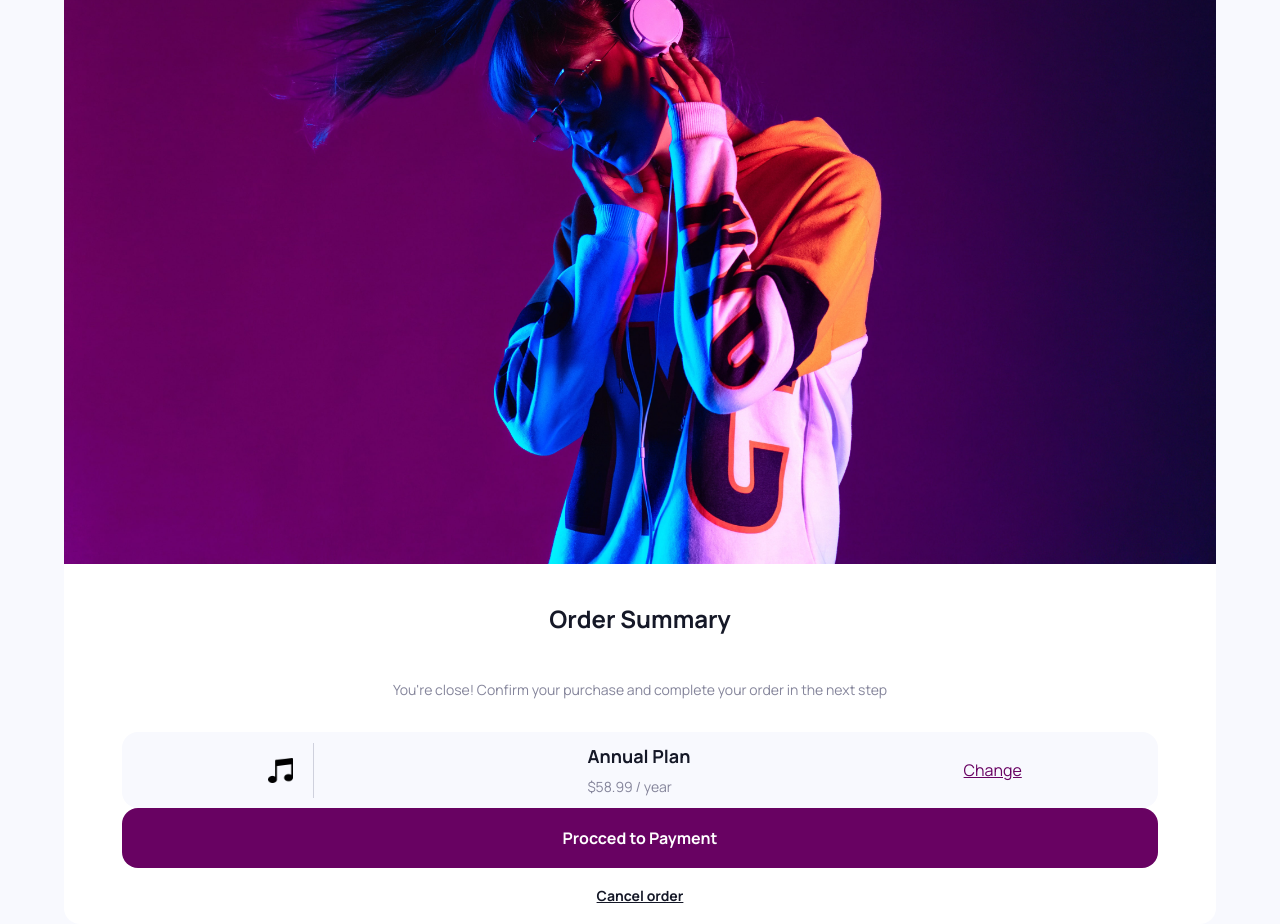
Repository: ssynowiec/INVO-Academy-solution
Page: /
The author's editor kept a copy of each file at every save. The page is drawn from the files as they stood at one save, then again after the next save.
The browser window is 1280 px wide. The pictures show the whole page.
The project was rebuilt for these pictures with package versions that can differ from the ones it lists, and the page was loaded fresh each time.

Above is the page before, as saved 2023-03-04 20:20:05.

After the next save:
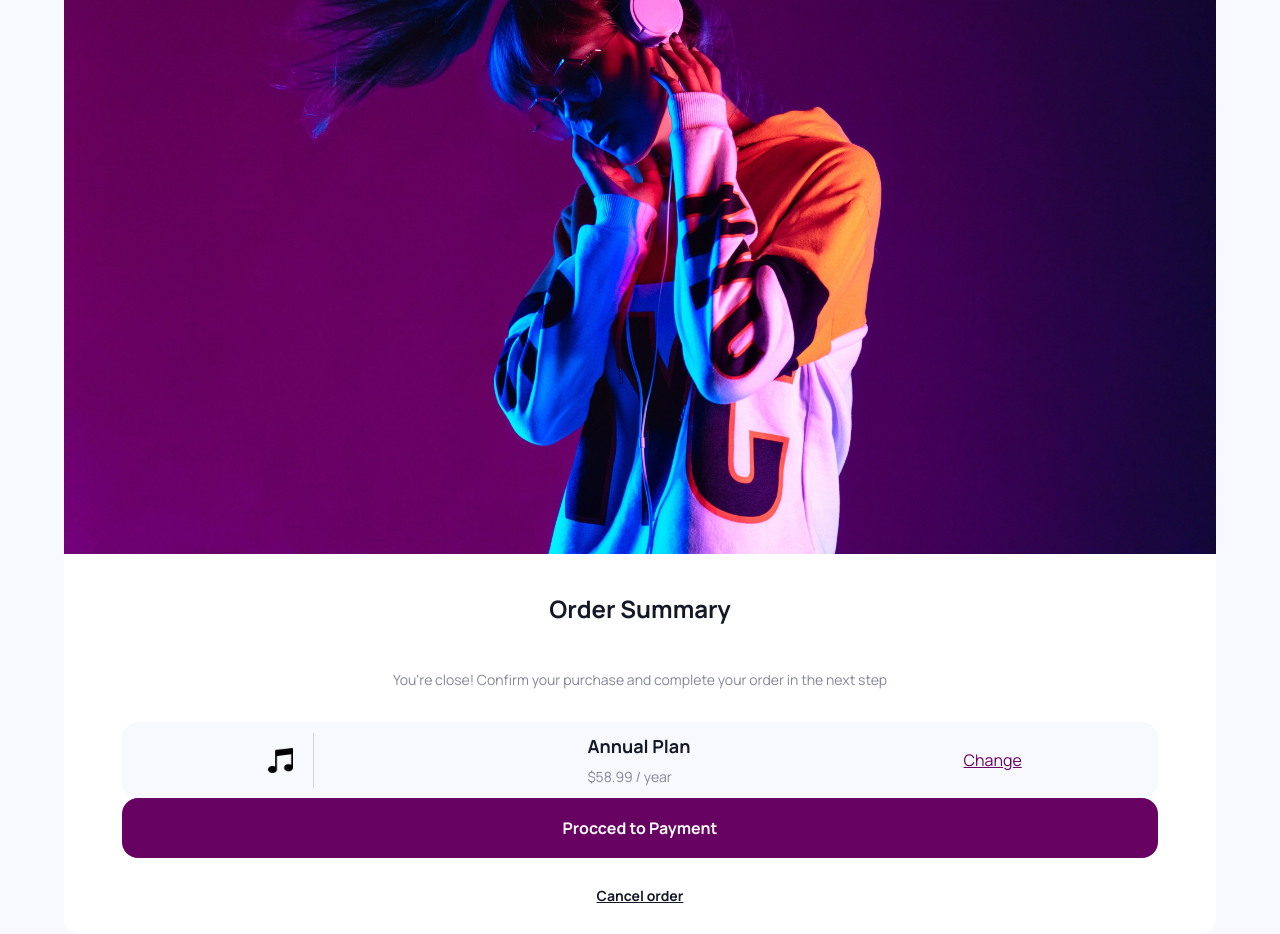
Saved 8 s later.
--- a/src/pages/home-page/styles/home-page.scss
+++ b/src/pages/home-page/styles/home-page.scss
@@ -74,7 +74,7 @@
 
 	&-link {
 		letter-spacing: -1%;
-		padding: 20px 0;
+		padding: 30px 0;
 		font-size: 14px;
 		font-weight: bold;
 		color: var(--color-title);
